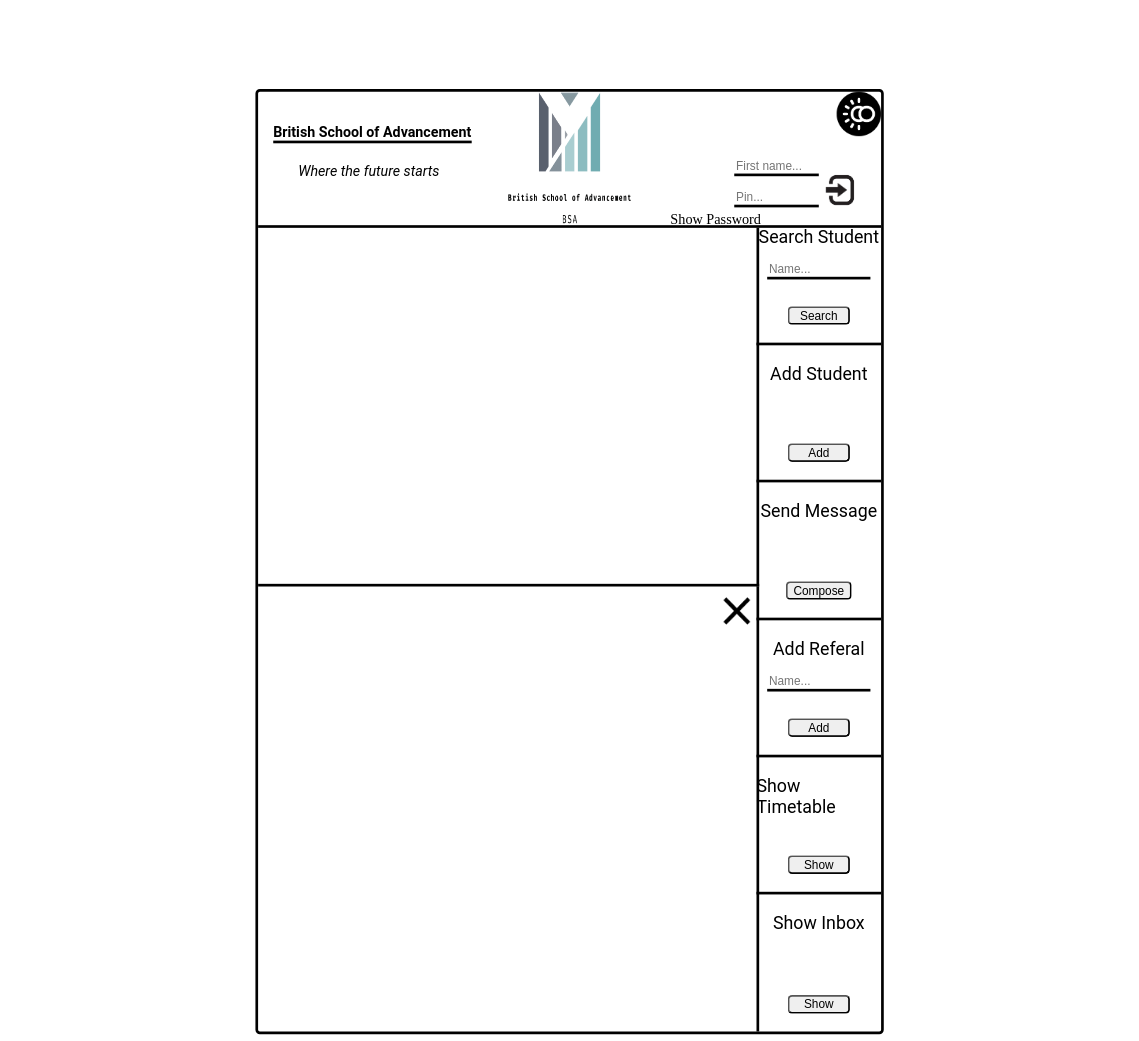
Repository: ghend99/Guardian-Application
Page: index.html
The author's editor kept a copy of each file at every save. The page is drawn from the files as they stood at one save, then again after the next save.
The browser window is 1280 px wide. The pictures show the whole page, at 89% of full size.

Above is the page before, as saved 2023-06-06 09:12:39.

### index.html
<!DOCTYPE html>
<html lang="en">
  <head>
    <meta charset="UTF-8" />
    <meta http-equiv="X-UA-Compatible" content="IE=edge" />
    <meta name="viewport" content="width=device-width, initial-scale=1.0" />
    <title>Document</title>
    <link rel="stylesheet" href="style.css" />
  </head>
  <body>
    <div id="main-container">
      <div id="header-container">
        <div id="header-container-left-section">
          <p id="header-school-name" class="page-headers">
            British School of Advancement
          </p>
          <p id="header-school-slogan" class="page-headers">
            Where the future starts
          </p>
        </div>
        <div id="header-container-middle-section">
          <img class="header-middle-section-logo" src="./images/logo.png" />
        </div>
        <div id="header-container-right-section">
          <input
            id="header-login-input-fullname"
            class="login-input-fullname login-input input"
            type="text"
            placeholder="First name..."
          />
          <input
            id="header-login-input-pin"
            class="login-input-pin login-input input"
            placeholder="Pin..."
            type="password"
          />
          <p id="show-password-header">Show Password</p>
          <img
            id="header-login-button"
            class="login-button"
            src="./images/login-button.png"
          />
          <img class="header-dark-mode-toggle" src="./images/dark-mode.png" />
          <img class="login-modal-open" src="./images/login.png" />
        </div>
      </div>
      <div id="sidebar-container">
        <div id="sidebar-link-container1" class="sidebar-link-container">
          <p class="sidebar-link-header page-headers">Search Student</p>
          <input class="sidebar-input input" placeholder="Name..." />
          <button class="sidebar-search-button submit-button">Search</button>
        </div>
        <div id="sidebar-link-container2" class="sidebar-link-container">
          <p class="sidebar-link-header page-headers">Add Student</p>
          <button id="add-student" class="sidebar-search-button submit-button">
            Add
          </button>
        </div>
        <div id="sidebar-link-container3" class="sidebar-link-container">
          <p class="sidebar-link-header page-headers">Send Message</p>
          <button
            id="compose-message-open"
            class="sidebar-search-button submit-button"
          >
            Compose
          </button>
        </div>
        <div id="sidebar-link-container4" class="sidebar-link-container">
          <p class="sidebar-link-header page-headers">Add Referal</p>
          <input
            id="add-referal-fullname"
            class="sidebar-input input"
            placeholder="Name..."
          />
          <button id="add-referal" class="sidebar-search-button submit-button">
            Add
          </button>
        </div>
        <div id="sidebar-link-container5" class="sidebar-link-container">
          <p class="sidebar-link-header page-headers">Show Timetable</p>
          <button
            id="timetable-open"
            class="sidebar-search-button submit-button"
          >
            Show
          </button>
        </div>
        <div id="sidebar-link-container6" class="sidebar-link-container">
          <p class="sidebar-link-header page-headers">Show Inbox</p>
          <button id="inbox-open" class="sidebar-search-button submit-button">
            Show
          </button>
        </div>
      </div>
      <img class="sidebar-open" src="./images/menu.png" />

      <div id="student-information-container">
        <h1
          id="student-information-name-header"
          class="student-information page-headers"
        >
          Student Name:
        </h1>
        <h3 class="student-information student-information-general-header">
          General Information
        </h3>
        <p id="student-information-first-name" class="student-information">
          First Name:
        </p>
        <p id="student-information-last-name" class="student-information">
          Last Name:
        </p>
        <p id="student-information-year" class="student-information">
          Year Group:
        </p>
        <p id="student-information-referals" class="student-information">
          Referals:
        </p>
        <p id="password-reset" class="student-information">Reset Password</p>
      </div>

      <div id="student-management-container">
        <p class="student-management-heading"></p>
        <img id="student-management-close" src="./images/close.png" />
        <div id="timetable-container"></div>
        <div id="inbox-container">
          <div id="inbox-header">
            <p>Date</p>
            <p>Sender</p>
            <p>Reciever</p>
            <p>Subject</p>
            <p>Message</p>
          </div>
          <div id="inbox-line">
            <p></p>
            <p></p>
            <p></p>
            <p></p>
            <p></p>
          </div>
        </div>
      </div>
    </div>

    <div id="login-modal-container">
      <h1 class="login-modal-header modal-header page-headers">Login</h1>
      <img
        id="login-modal-close"
        class="modal-close"
        src="./images/close.png"
      />
      <input
        id="login-modal-fullname"
        class="login-input-fullname login-modal-input input"
        type="text"
        placeholder="Full name..."
      />
      <input
        id="login-modal-pin"
        class="login-input-pin login-modal-input input"
        type="number"
        placeholder="Pin..."
      />
      <input id="login-modal-submit" class="submit-button" type="submit" />
    </div>

    <div id="create-account-container">
      <p id="create-account-header" class="modal-header page-headers">
        Add Student Details
      </p>
      <img
        id="create-account-close"
        class="modal-close"
        src="./images/close.png"
      />
      <input
        id="create-account-first-name"
        class="create-account-input input"
        placeholder="First name..."
      />
      <input
        id="create-account-last-name"
        class="create-account-input input"
        placeholder="Last name..."
      />
      <input
        id="create-account-year"
        class="create-account-input input"
        placeholder="Year..."
      />
      <input
        id="create-account-pin"
        class="create-account-input input"
        placeholder="Year..."
      />

      <input
        id="create-account-repin"
        class="create-account-input input"
        placeholder="Year..."
      />
      <input id="create-account-submit" class="submit-button" type="submit" />
    </div>

    <div id="compose-message-container" class="">
      <p id="compose-message-header" class="modal-header">Compose Message</p>
      <img
        id="compose-message-close"
        class="modal-close"
        src="./images/close.png"
      />
      <input
        id="compose-message-reciever"
        class="compose-message-input input"
        type="text"
        placeholder="Reciever..."
      />
      <input
        id="compose-message-title"
        class="compose-message-input input"
        type="text"
        placeholder="Subject..."
      />
      <textarea
        id="compose-message-text-area"
        placeholder="Message..."
      ></textarea>
      <input id="compose-message-submit" class="submit-button" type="submit" />
    </div>

    <div id="password-reset-container">
      <p id="password-reset-header" class="modal-header page-headers">
        Pin Reset
      </p>
      <img
        id="password-reset-close"
        class="modal-close"
        src="./images/close.png"
      />
      <input
        id="password-reset-old"
        class="password-reset-input input"
        type="number"
        placeholder="Old Pin..."
      />
      <input
        id="password-reset-new"
        class="password-reset-input input"
        type="number"
        placeholder="New Pin..."
      />
      <input
        id="password-reset-new-retype"
        class="password-reset-input input"
        type="number"
        placeholder="New Pin..."
      />
      <input id="password-reset-submit" class="submit-button" type="submit" />
    </div>
    <script src="functions.js"></script>
    <script src="elements.js"></script>
    <script src="buttons.js"></script>
  </body>
</html>

### style.css
.input {
  background-color: transparent;
  text-decoration: none;
  border: none;
  border-bottom: solid;
  outline: none;
}

.page-headers {
  font-family: "Roboto", Arial;
}

.modal-header {
  font-size: 30px;
  font-weight: bold;
  margin-top: 10px;
}

.dark-mode {
  background-color: black;
  color: white;
  border: solid;
  border-radius: 5px;
}

.input-dark-mode {
  color: white;
  border-color: white;
}

.button-dark-mode {
  color: white;
  background-color: black;
}

#main-container {
  position: relative;
  left: 50%;
  transform: translate(-50%);
  max-width: 50%;
  min-width: 700px;
  max-height: 1200px;
  min-height: 1000px;
  margin-top: 100px;
  border: solid;
  border-radius: 5px;
}

#header-container {
  display: grid;
  grid-template-columns: 1fr 1fr 1fr;
  grid-template-rows: 1fr;
  max-height: 200px;
  min-height: 150px;
  width: 100%;
  border-bottom: solid;
}

#header-school-name {
  position: absolute;
  top: 20px;
  left: 17px;
  font-size: clamp(1rem, 1vw, 2rem);
  font-weight: bold;
  border-bottom: solid;
}

#header-school-slogan {
  position: absolute;
  top: clamp(5%, 70px, 80px);
  left: clamp(45px, 5%, 70px);
  font-size: clamp(0.9rem, 1.5vw, 1rem);
  margin-top: 10px;
  font-style: italic;
}

#header-container-middle-section {
  display: flex;
  justify-content: center;
}

.header-middle-section-logo {
  width: 60%;
}

#header-login-input-fullname {
  position: absolute;
  top: 75px;
  width: 13%;
  right: 10%;
}

#header-login-input-pin {
  position: absolute;
  top: 110px;
  width: 13%;
  right: 10%;
}

#show-password-header {
  position: absolute;
  top: 135px;
  right: clamp(10%, 135px, 140px);
  margin: 0;
}

#header-login-button {
  position: absolute;
  width: 50px;
  right: 3%;
  top: 85px;
}

.header-dark-mode-toggle {
  position: absolute;
  width: 50px;
  top: 0;
  right: 0;
  cursor: pointer;
}

.login-modal-open {
  display: none;
}

#sidebar-container {
  position: absolute;
  display: grid;
  grid-template-columns: 1fr;
  grid-template-rows: 1fr 1fr 1fr 1fr 1fr 1fr;
  right: 0;
  bottom: 0;
  max-width: 30%;
  min-width: 20%;
  max-height: 1000px;
  min-height: 925px;
}

#sidebar-link-container1 {
  justify-content: center;
}

#sidebar-link-container6 {
  border-bottom: none;
}

.sidebar-link-container {
  position: relative;
  display: flex;
  justify-content: center;
  border-bottom: solid;
}

.sidebar-link-header {
  position: absolute;
  font-size: 20px;
}

.sidebar-input {
  position: absolute;
  margin-top: 60px;
  width: 80%;
}

.sidebar-search-button {
  position: absolute;
  max-width: 75%;
  min-width: 70px;
  bottom: 20px;
  border-radius: 5px;
}

.sidebar-open {
  position: absolute;
  width: 50px;
  right: 0;
  top: 155px;
  display: none;
}

#student-information-container {
  max-height: 800px;
  min-height: 400px;
  max-width: 80%;
  min-width: 50%;
  border-bottom: solid;
  border-right: solid;
}

#student-information-name-header {
  font-size: 30px;
  font-weight: bold;
  border-bottom: solid;
  width: fit-content;
  margin-left: 30px;
  margin-top: 0;
}

.student-information {
  margin-left: 40px;
  display: none;
}

.student-information-general-header {
  font-size: 24px;
  font-weight: bold;
  padding-left: 40px;
}

#password-reset {
  border-bottom: solid;
  font-weight: bold;
  width: fit-content;
  cursor: pointer;
}

#student-management-container {
  max-width: 80%;
  min-width: 50%;
  max-height: 600px;
  min-height: 500px;
  border-right: solid;
}

.student-management-heading {
  display: inline-block;
  font-size: 30px;
  margin: 0;
  margin-left: 20px;
  width: fit-content;
}

#student-management-close {
  position: absolute;
  bottom: 43.3%;
  right: 21%;
  width: 30px;
  cursor: pointer;
}

#timetable-container {
  position: relative;
  display: grid;
  grid-gap: 1em;
  grid-template-rows: repeat(var(--grid-rows), 1fr);
  grid-template-columns: repeat(var(--grid-cols), 1fr);
  /* top: 50px; */
  overflow: scroll;
  max-height: 90%;
  min-height: 466px;
  max-width: 99.6%;
  min-width: 250px;
  display: none;
}

#inbox-container {
  max-height: 90%;
  min-height: 466px;
  max-width: 99.6%;
  min-width: 250px;
  display: none;
}

#inbox-header {
  position: relative;
  display: grid;
  grid-template-columns: 1fr 1fr 1fr 1fr 1fr;
  grid-template-rows: 1fr;
  width: 100%;
  height: 50px;
  /* background-color: aqua; */
  overflow-y: auto;
  font-family: "Roboto", Arial;
}

#inbox-line {
  position: relative;
  display: grid;
  grid-template-columns: 1fr 1fr 1fr 1fr 1fr;
  grid-template-rows: 1fr;
  row-gap: 20px;
  width: 100%;
  height: 50px;
  /* background-color: darkorange; */
  overflow-y: auto;
  font-family: "EB Garamond", Arial;
}

#login-modal-container,
#create-account-container,
#compose-message-container,
#password-reset-container {
  position: absolute;
  left: 50%;
  top: 30%;
  transform: translate(-50%);
  text-align: center;
  border: solid;
  border-radius: 5px;
  display: none;
}

#login-modal-container {
  max-width: 40%;
  min-width: 300px;
  max-height: 400px;
  min-height: 300px;
  text-align: center;
  border: solid;
  border-radius: 5px;
  display: none;
  background-color: whitesmoke;
  cursor: pointer;
}

#login-modal-fullname {
  position: absolute;
  top: 120px;
  left: 50px;
}

#login-modal-pin {
  position: absolute;
  top: 170px;
  left: 50px;
}

#login-modal-submit {
  left: 15%;
}

#login-modal-submit,
#create-account-submit,
#compose-message-submit,
#password-reset-submit {
  position: absolute;
  bottom: 20px;
  max-height: 60px;
  min-height: 30px;
  max-width: 20%;
  min-width: 200px;
}

#create-account-container {
  max-width: 60%;
  min-width: 400px;
  max-height: 600px;
  min-height: 500px;
}

.create-account-input,
.compose-message-input,
.password-reset-input {
  position: absolute;
  left: 30px;
}

#create-account-first-name {
  top: 80px;
}

#create-account-last-name {
  top: 150px;
}

#create-account-year {
  top: 220px;
}

#create-account-pin {
  top: 290px;
}

#create-account-submit {
  left: 25%;
}

#create-account-repin {
  position: absolute;
  top: 360px;
  left: 30px;
}

#compose-message-container {
  max-width: 60%;
  min-width: 400px;
  max-height: 600px;
  min-height: 500px;
}

.modal-close {
  position: absolute;
  width: 30px;
  right: 0;
  top: 0;
  cursor: pointer;
}

#compose-message-reciever {
  top: 80px;
}

#compose-message-title {
  top: 150px;
}

#compose-message-text-area {
  position: absolute;
  top: 38%;
  left: 30px;
  max-height: 80%;
  min-height: 230px;
  max-width: 100%;
  min-width: 280px;
}

#compose-message-submit {
  left: 25%;
}

#password-reset-container {
  max-width: 40%;
  min-width: 300px;
  max-height: 400px;
  min-height: 300px;
}

#password-reset-new {
  top: 120px;
}

#password-reset-new-retype {
  top: 165px;
}

#password-reset-submit {
  left: 17%;
}

@media screen and (min-width: 0) and (max-width: 720px) {
  #main-container {
    max-width: 600px;
    min-width: 300px;
  }

  #header-container {
    grid-template-columns: 1fr 1fr;
  }

  .header-middle-section-logo {
    display: none;
  }

  #header-login-input-fullname {
    display: none;
  }

  #header-login-input-pin {
    display: none;
  }

  #header-login-button {
    display: none;
  }

  .login-modal-open {
    position: absolute;
    display: block;
    right: 0;
    top: 100px;
    width: 50px;
  }

  #sidebar-container {
    display: none;
  }

  .sidebar-link-header {
    font-size: 12px;
  }

  .sidebar-open {
    display: block;
  }

  .student-information-name-header {
    margin-left: 15px;
  }

  .student-information-general-header {
    margin-left: 25px;
    padding: 0;
  }

  .student-information {
    margin-left: 28px;
  }
}

### elements.js
const mainContainer = document.getElementById("main-container");
const headerContainer = document.getElementById("header-container");
const studentInformationContainer = document.getElementById(
  "student-information-container"
);
const loginContainer = document.getElementById("login-modal-container");
const composeMessageContainer = document.getElementById(
  "compose-message-container"
);
const addStudentContainer = document.getElementById("create-account-container");
const inboxContainer = document.getElementById("inbox-container");
const timetableContainer = document.getElementById("timetable-container");
const pinResetContainer = document.getElementById("password-reset-container");

const inputs = document.querySelectorAll(".input");
const buttons = document.querySelectorAll(".submit-button");
const logo = document.querySelector(".header-middle-section-logo");
const studentManagementHeading = document.querySelector(
  ".student-management-heading"
);

const btnDarkModeToggle = document.querySelector(".header-dark-mode-toggle");
const btnLoginHeader = document.getElementById("header-login-button");
const btnInboxOpen = document.getElementById("inbox-open");
const btnTimetableOpen = document.getElementById("timetable-open");
const btnLoginModalOpen = document.querySelector(".login-modal-open");
const btnLoginModalClose = document.getElementById("login-modal-close");
const btnComposeMessageOpen = document.getElementById("compose-message-open");
const btnComposeMessageClose = document.getElementById("compose-message-close");
const btnAddStudentOpen = document.getElementById("add-student");
const btnAddStudentClose = document.getElementById("create-account-close");
const btnStudentManagementClose = document.getElementById(
  "student-management-close"
);
const btnPinResetOpen = document.getElementById("password-reset");
const btnPinResetClose = document.getElementById("password-reset-close");
const btnAddReferal = document.getElementById("add-referal");
const btnLoginModalSubmit = document.getElementById("login-modal-submit");

const addStudentFirstNameInput = document.getElementById(
  "create-account-first-name"
);
const addStudentLastNameInput = document.getElementById(
  "create-account-last-name"
);
const addStudentYearInput = document.getElementById("create-account-year");
const addStudentPinInput = document.getElementById("create-account-pin");
const addStudentRePinInput = document.getElementById("create-account-repin");
const btndAddStudentSubmit = document.getElementById("create-account-submit");

const loginHeaderFullnameInput = document.getElementById(
  "header-login-input-fullname"
);
const loginHeaderPinInput = document.getElementById("header-login-input-pin");

const studentInformation = document.querySelectorAll(".student-information");
const studentInformationFullName = document.getElementById(
  "student-information-name-header"
);
const studentInformationFirstName = document.getElementById(
  "student-information-first-name"
);
const studentInformationLastName = document.getElementById(
  "student-information-last-name"
);
const studentInformationYear = document.getElementById(
  "student-information-year"
);
const studentInformationReferals = document.getElementById(
  "student-information-referals"
);
const addReferalFullName = document.getElementById("add-referal-fullname");
const resetPinOldPin = document.getElementById("password-reset-old");
const resetPinNew = document.getElementById("password-reset-new");
const resetPinNewRetype = document.getElementById("password-reset-new-retype");

const btnResetPinSubmit = document.getElementById("password-reset-submit");

const loginModalFullNameInput = document.getElementById("login-modal-fullname");
const loginModalPinInput = document.getElementById("login-modal-pin");

### buttons.js
btnDarkModeToggle.addEventListener("click", function (e) {
  e.preventDefault();
  if (darkMode === false) {
    darkModeToggle();
  } else {
    lightModeToggle();
  }
});

btnAddStudentOpen.addEventListener("click", function (e) {
  e.preventDefault();
  addStudentContainer.style.display = "block";
  mainContainer.style.filter = "blur(3px)";
});

btnAddStudentClose.addEventListener("click", function (e) {
  e.preventDefault();
  addStudentContainer.style.display = "none";
  mainContainer.style.filter = "blur(0px)";
});

btnLoginHeader.addEventListener("click", function (e) {
  e.preventDefault();
  login();
  studentInformation.forEach((e) => {
    e.style.display = "block";
  });
});

btnLoginModalOpen.addEventListener("click", function (e) {
  e.preventDefault();
  loginContainer.style.display = "block";
  mainContainer.style.filter = "blur(3px)";
});

btnLoginModalClose.addEventListener("click", function (e) {
  e.preventDefault();
  loginContainer.style.display = "none";
  mainContainer.style.filter = "blur(0px)";
});

btnLoginModalSubmit.addEventListener("click", function (e) {
  e.preventDefault();
  loginModal();
  studentInformation.forEach((e) => {
    e.style.display = "block";
  });
});

Loaded but not shown: functions.js (208 lines, source omitted)

After the next save:
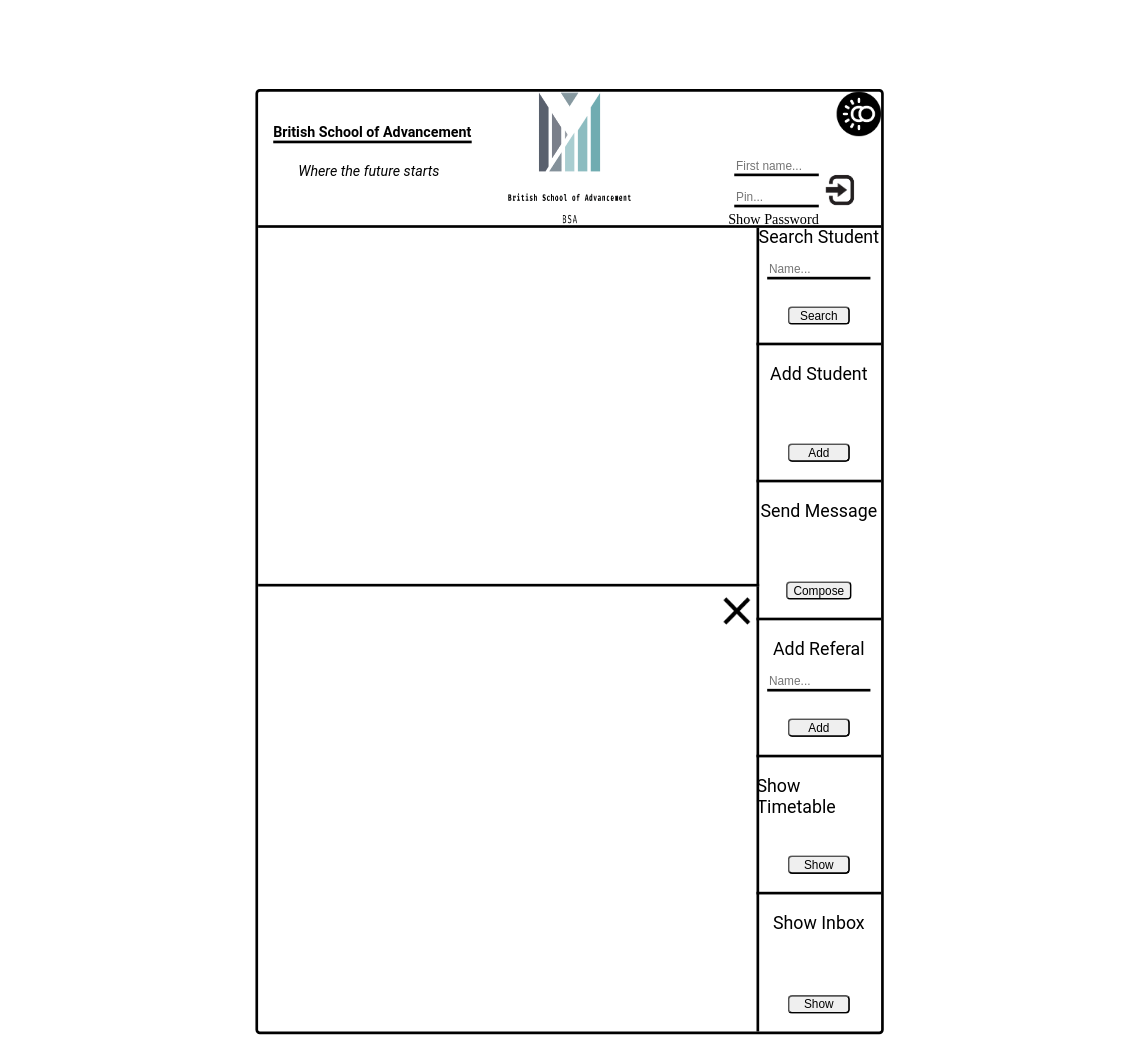
Saved 8 s later.
--- a/style.css
+++ b/style.css
@@ -100,7 +100,7 @@
 #show-password-header {
   position: absolute;
   top: 135px;
-  right: clamp(10%, 135px, 140px);
+  right: 10%;
   margin: 0;
 }
 
